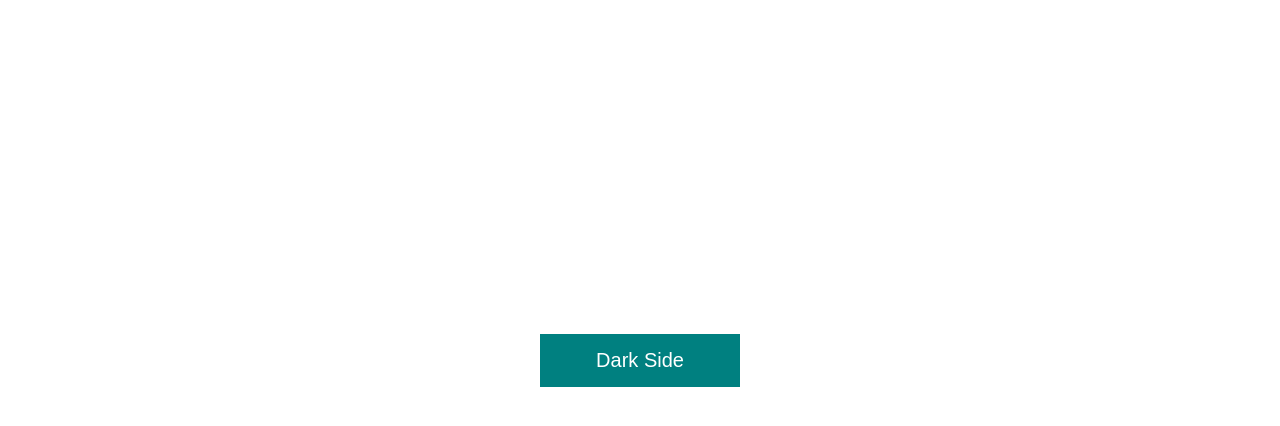
Repository: safak/animation
Page: index.html
These files come from the project's save history. The page is drawn as it stood at one moment and after the next save; the edit follows.
The browser window is 1280 px wide. The pictures show the whole page.

Above is the page before, as saved 2020-12-17 02:04:28.

After the next save:
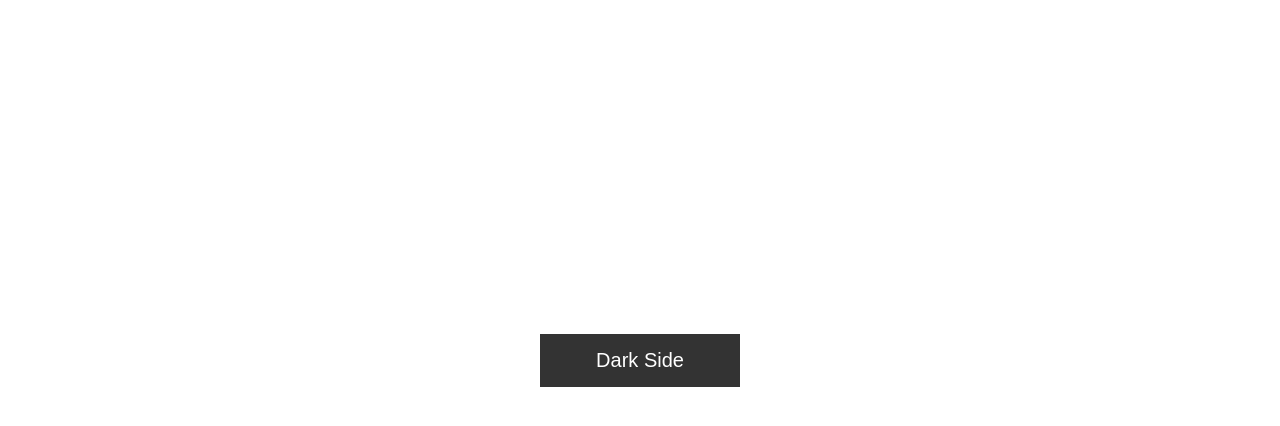
Saved 7 s later.
--- a/style.css
+++ b/style.css
@@ -64,5 +64,6 @@ button {
 }
 
 .button-2 {
-  background-color: teal;
-z-index: 1;}
+  background-color: #333333;
+  z-index: 1;
+}
